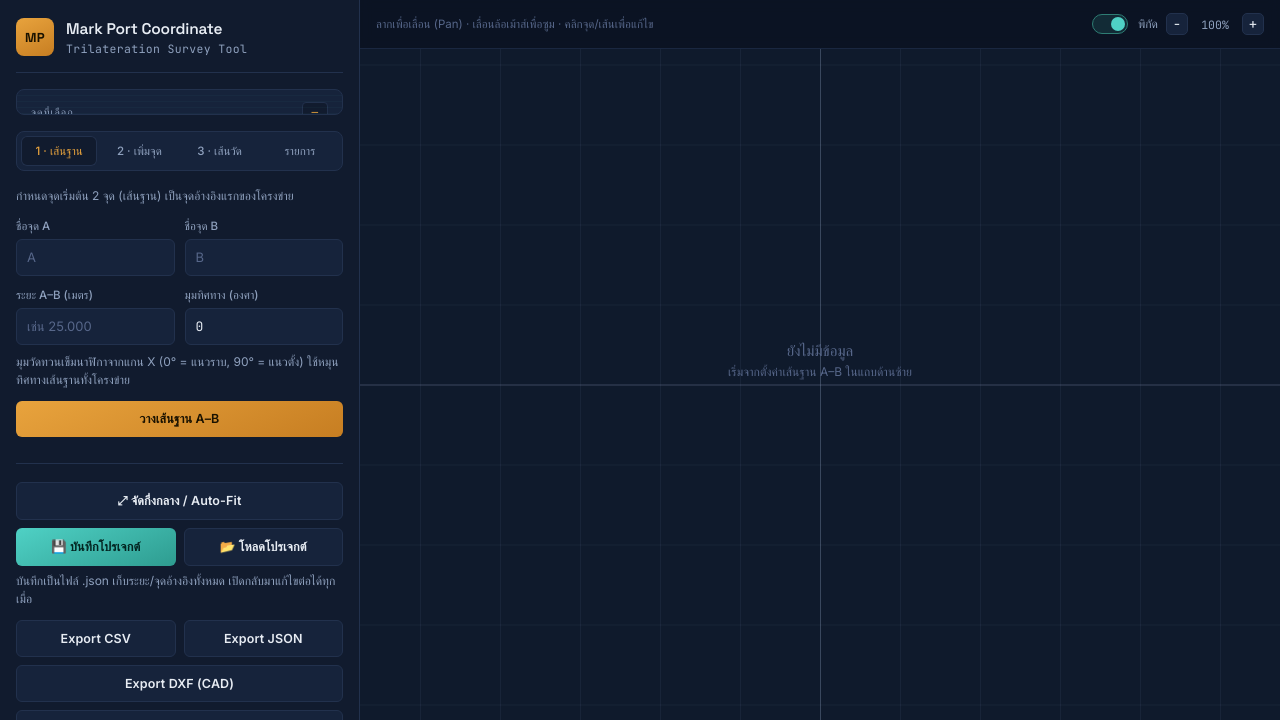
Repository: Artimis2nd/Area
Page: index.html
These files come from the project's save history. The page is drawn as it stood at one moment and after the next save; the edit follows.
The browser window is 1280 px wide. The pictures show the whole page.

Above is the page before, as saved 2026-08-18 16:27:27.

### index.html
<!DOCTYPE html>
<html lang="th">
<head>
<meta charset="UTF-8" />
<meta name="viewport" content="width=device-width, initial-scale=1.0" />
<title>Mark Port Coordinate — Trilateration Survey Tool</title>

<!-- Fonts: Space Grotesk (labels/headings), Inter (UI body), JetBrains Mono (coordinate/data readout) -->
<link rel="preconnect" href="https://fonts.googleapis.com">
<link rel="preconnect" href="https://fonts.gstatic.com" crossorigin>
<link href="https://fonts.googleapis.com/css2?family=Space+Grotesk:wght@500;600;700&family=Inter:wght@400;500;600&family=JetBrains+Mono:wght@400;500;600;700&display=swap" rel="stylesheet">

<link rel="stylesheet" href="css/style.css" />
</head>
<body>

<div class="app">

  <!-- ========================= SIDEBAR ========================= -->
  <aside class="sidebar">

    <header class="brand">
      <div class="brand__mark">MP</div>
      <div class="brand__text">
        <h1>Mark Port Coordinate</h1>
        <p>Trilateration Survey Tool</p>
      </div>
    </header>

    <!-- ---- Live coordinate readout (signature HUD element) ---- -->
    <section class="hud" id="hud">
      <div class="hud__row hud__row--head">
        <span>จุดที่เลือก</span>
        <span class="hud__badge" id="hudBadge">—</span>
      </div>
      <div class="hud__grid">
        <div class="hud__cell">
          <span class="hud__label">X</span>
          <span class="hud__value" id="hudX">0.000</span>
        </div>
        <div class="hud__cell">
          <span class="hud__label">Y</span>
          <span class="hud__value" id="hudY">0.000</span>
        </div>
      </div>
    </section>

    <!-- ---- Tabs ---- -->
    <nav class="tabs" id="tabs">
      <button class="tab is-active" data-tab="setup">1 · เส้นฐาน</button>
      <button class="tab" data-tab="add">2 · เพิ่มจุด</button>
      <button class="tab" data-tab="line">3 · เส้นวัด</button>
      <button class="tab" data-tab="table">รายการ</button>
    </nav>

    <!-- ---- Panel: Step 1 Base line ---- -->
    <section class="panel is-active" data-panel="setup">
      <p class="panel__hint">กำหนดจุดเริ่มต้น 2 จุด (เส้นฐาน) เป็นจุดอ้างอิงแรกของโครงข่าย</p>

      <form id="formBase" class="form">
        <div class="field-row">
          <label class="field">
            <span>ชื่อจุด A</span>
            <input type="text" id="baseNameA" placeholder="A" maxlength="12">
          </label>
          <label class="field">
            <span>ชื่อจุด B</span>
            <input type="text" id="baseNameB" placeholder="B" maxlength="12">
          </label>
        </div>
        <div class="field-row">
          <label class="field">
            <span>ระยะ A–B (เมตร)</span>
            <input type="number" id="baseLength" step="any" min="0.001" placeholder="เช่น 25.000" required>
          </label>
          <label class="field">
            <span>มุมทิศทาง (องศา)</span>
            <input type="number" id="baseAngle" step="any" value="0" placeholder="0 = แนวแกน X">
          </label>
        </div>
        <p class="panel__hint" style="margin:-4px 0 0;">มุมวัดทวนเข็มนาฬิกาจากแกน X (0° = แนวราบ, 90° = แนวตั้ง) ใช้หมุนทิศทางเส้นฐานทั้งโครงข่าย</p>
        <button type="submit" class="btn btn--primary">วางเส้นฐาน A–B</button>
        <p class="form__msg" id="baseMsg"></p>
      </form>
    </section>

    <!-- ---- Panel: Step 2 Add point by trilateration ---- -->
    <section class="panel" data-panel="add">
      <p class="panel__hint">เลือกจุดอ้างอิง 2 จุดที่มีอยู่แล้ว แล้วกรอกระยะจากแต่ละจุดไปยังจุดใหม่ — <strong>เคล็ดลับ:</strong> อยู่แท็บนี้แล้วคลิกเส้นบน Canvas หรือในตาราง จะตั้งจุดอ้างอิงให้อัตโนมัติ ไม่ต้องเลือกจากดรอปดาวน์เอง</p>

      <form id="formAdd" class="form">
        <div class="field-row">
          <label class="field">
            <span>จุดอ้างอิงที่ 1</span>
            <select id="refA" required></select>
          </label>
          <label class="field">
            <span>จุดอ้างอิงที่ 2</span>
            <select id="refB" required></select>
          </label>
        </div>

        <div class="field-row">
          <label class="field">
            <span>ระยะจากจุดอ้างอิง 1 (ม.)</span>
            <input type="number" id="distA" step="any" min="0.001" required>
          </label>
          <label class="field">
            <span>ระยะจากจุดอ้างอิง 2 (ม.)</span>
            <input type="number" id="distB" step="any" min="0.001" required>
          </label>
        </div>

        <label class="field">
          <span>ชื่อจุดใหม่ <em>(เว้นว่าง = รันอัตโนมัติ)</em></span>
          <input type="text" id="newName" placeholder="อัตโนมัติ" maxlength="12">
        </label>

        <label class="switch">
          <input type="checkbox" id="flipSide">
          <span class="switch__track"><span class="switch__thumb"></span></span>
          <span class="switch__label">Flip Side (สลับด้านของจุดตัดวงกลม)</span>
        </label>

        <button type="submit" class="btn btn--accent">+ เพิ่มจุดใหม่</button>
        <p class="form__msg" id="addMsg"></p>
      </form>
    </section>

    <!-- ---- Panel: Step 3 Closure / measure line ---- -->
    <section class="panel" data-panel="line">
      <p class="panel__hint">
        เลือก <strong>เส้นที่ต่อกัน 2 เส้น</strong> (มีจุดร่วม 1 จุด) หรือเลือกจุด 2 จุดตรง ๆ —
        จะได้เส้นพร้อมความยาวคำนวณจากพิกัดจริงโดยอัตโนมัติ <em>ไม่ต้องกรอกความยาว</em>
      </p>

      <div class="measure-mode">
        <button type="button" class="btn btn--ghost is-active" data-measure-mode="edge">จาก 2 เส้น</button>
        <button type="button" class="btn btn--ghost" data-measure-mode="point">จาก 2 จุด</button>
      </div>

      <form id="formClosure" class="form measure-form" data-form="edge">
        <div class="field-row">
          <label class="field">
            <span>เส้นที่ 1</span>
            <select id="clEdgeA" required></select>
          </label>
          <label class="field">
            <span>เส้นที่ 2</span>
            <select id="clEdgeB" required></select>
          </label>
        </div>
        <p class="panel__hint" style="margin:0;">💡 หรือ คลิกเส้น 2 เส้นบนหน้าจอ — จะเติมเข้า "เส้นที่ 1/2" ให้อัตโนมัติ</p>
        <button type="submit" class="btn btn--accent">+ สร้างเส้นที่ 3 (หาจุดร่วมเอง)</button>
        <p class="form__msg" id="closureMsg"></p>
      </form>

      <form id="formMeasurePt" class="form measure-form" data-form="point" style="display:none;">
        <div class="field-row">
          <label class="field">
            <span>จุดที่ 1</span>
            <select id="clPointA" required></select>
          </label>
          <label class="field">
            <span>จุดที่ 2</span>
            <select id="clPointB" required></select>
          </label>
        </div>
        <p class="panel__hint" style="margin:0;">💡 หรือ คลิกจุด 2 จุดบนหน้าจอ — จะเติมเข้า "จุดที่ 1/2" ให้อัตโนมัติ</p>
        <button type="submit" class="btn btn--accent">+ เพิ่มเส้นวัด (จาก 2 จุด)</button>
        <p class="form__msg" id="measurePtMsg"></p>
      </form>
    </section>

    <!-- ---- Panel: Table of points & edges ---- -->
    <section class="panel" data-panel="table">
      <div class="table-head">
        <h3>จุด (Points)</h3>
        <span class="count" id="pointCount">0</span>
      </div>
      <div class="table-wrap">
        <table class="data-table" id="pointsTable">
          <thead>
            <tr><th>ชื่อ</th><th>X</th><th>Y</th><th></th></tr>
          </thead>
          <tbody></tbody>
        </table>
      </div>

      <div class="table-head">
        <h3>เส้น (Edges)</h3>
        <span class="count" id="edgeCount">0</span>
      </div>
      <div class="table-wrap">
        <table class="data-table" id="edgesTable">
          <thead>
            <tr><th>เส้น</th><th>ระยะ (ม.)</th><th></th></tr>
          </thead>
          <tbody></tbody>
        </table>
      </div>
    </section>

    <!-- ---- Export & utility actions ---- -->
    <section class="actions">
      <button class="btn btn--ghost" id="btnFit">⤢ จัดกึ่งกลาง / Auto-Fit</button>

      <div class="actions__row">
        <button class="btn btn--accent" id="btnSaveProject">💾 บันทึกโปรเจกต์</button>
        <button class="btn btn--ghost" id="btnLoadProject">📂 โหลดโปรเจกต์</button>
      </div>
      <input type="file" id="fileLoadProject" accept=".json,application/json" style="display:none;">
      <p class="panel__hint" style="margin:-2px 0 4px;">บันทึกเป็นไฟล์ .json เก็บระยะ/จุดอ้างอิงทั้งหมด เปิดกลับมาแก้ไขต่อได้ทุกเมื่อ</p>

      <div class="actions__row">
        <button class="btn btn--ghost" id="btnExportCsv">Export CSV</button>
        <button class="btn btn--ghost" id="btnExportJson">Export JSON</button>
      </div>
      <button class="btn btn--ghost" id="btnExportDxf">Export DXF (CAD)</button>
      <button class="btn btn--ghost" id="btnExportPdf">Export PDF (CAD)</button>
      <button class="btn btn--danger-ghost" id="btnReset">ล้างข้อมูลทั้งหมด</button>
    </section>

  </aside>

  <!-- ========================= CANVAS STAGE ========================= -->
  <main class="stage">
    <div class="stage__toolbar">
      <span class="stage__tip">ลากเพื่อเลื่อน (Pan) · เลื่อนล้อเม้าส์เพื่อซูม · คลิกจุด/เส้นเพื่อแก้ไข</span>
      <div class="stage__zoom">
        <label class="switch switch--toolbar" title="แสดง/ซ่อนตัวเลขพิกัดบนหน้าจอ">
          <input type="checkbox" id="toggleCoords" checked>
          <span class="switch__track"><span class="switch__thumb"></span></span>
          <span class="switch__label">พิกัด</span>
        </label>
        <button id="zoomOut" aria-label="ซูมออก">−</button>
        <span id="zoomLevel">100%</span>
        <button id="zoomIn" aria-label="ซูมเข้า">+</button>
      </div>
    </div>
    <canvas id="canvas"></canvas>
    <div class="stage__empty" id="stageEmpty">
      <p>ยังไม่มีข้อมูล</p>
      <p class="stage__empty-sub">เริ่มจากตั้งค่าเส้นฐาน A–B ในแถบด้านซ้าย</p>
    </div>
  </main>

</div>

<!-- ========================= EDIT MODAL ========================= -->
<div class="modal-backdrop" id="modalBackdrop">
  <div class="modal" id="editModal">
    <div class="modal__head">
      <h3 id="modalTitle">แก้ไขจุด</h3>
      <button class="modal__close" id="modalClose" aria-label="ปิด">×</button>
    </div>
    <div class="modal__body" id="modalBody"><!-- populated by app.js --></div>
    <div class="modal__foot">
      <button class="btn btn--danger-ghost" id="modalDelete">ลบ</button>
      <div class="modal__foot-right">
        <button class="btn btn--ghost" id="modalCancel">ยกเลิก</button>
        <button class="btn btn--primary" id="modalSave">บันทึก</button>
      </div>
    </div>
  </div>
</div>

<div class="toast" id="toast"></div>

<script src="js/engine.js"></script>
<script src="js/renderer.js"></script>
<script src="js/dxf.js"></script>
<script src="js/pdf.js"></script>
<script src="js/app.js"></script>
</body>
</html>

Loaded but not shown: js/app.js (915 lines, source omitted); js/engine.js (706 lines, source omitted); js/renderer.js (436 lines, source omitted); js/pdf.js (194 lines, source omitted); js/dxf.js (149 lines, source omitted); css/style.css (588 lines, source omitted)

After the next save:
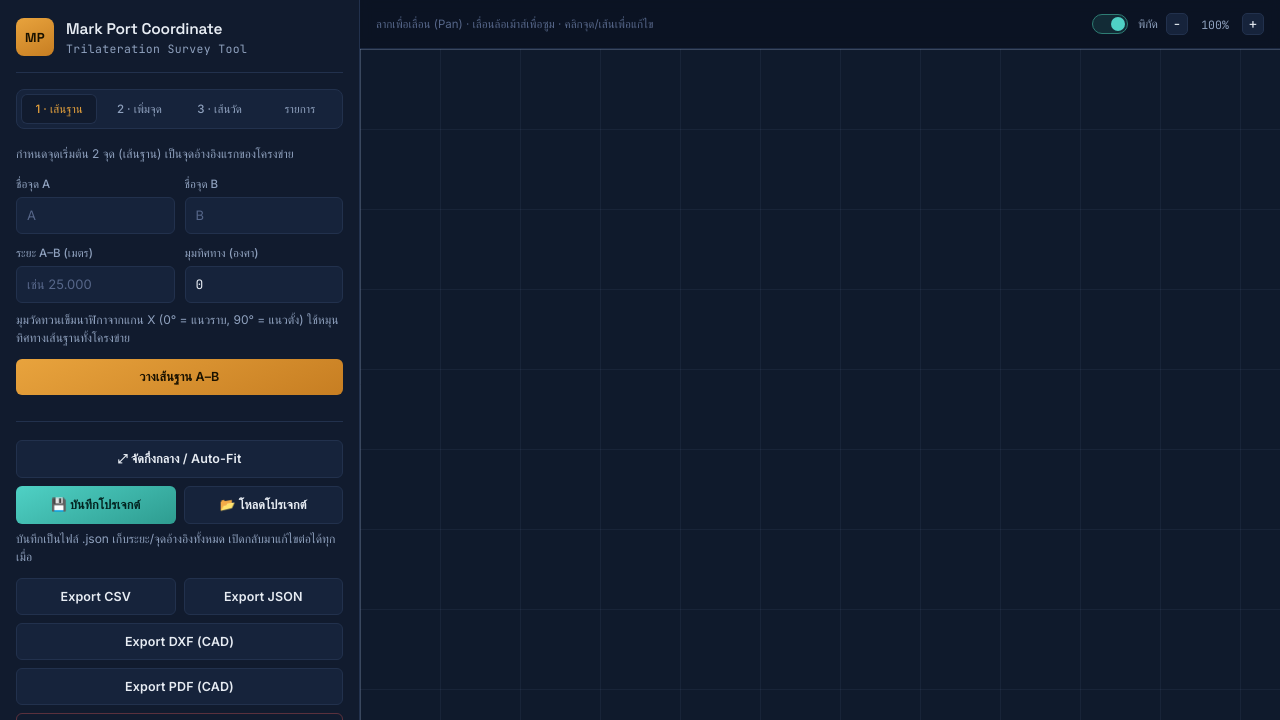
Console error: TypeError: Cannot set properties of null (setting 'textContent')
Saved 14 min 36 s later.
--- a/index.html
+++ b/index.html
@@ -26,24 +26,6 @@
         <p>Trilateration Survey Tool</p>
       </div>
     </header>
-
-    <!-- ---- Live coordinate readout (signature HUD element) ---- -->
-    <section class="hud" id="hud">
-      <div class="hud__row hud__row--head">
-        <span>จุดที่เลือก</span>
-        <span class="hud__badge" id="hudBadge">—</span>
-      </div>
-      <div class="hud__grid">
-        <div class="hud__cell">
-          <span class="hud__label">X</span>
-          <span class="hud__value" id="hudX">0.000</span>
-        </div>
-        <div class="hud__cell">
-          <span class="hud__label">Y</span>
-          <span class="hud__value" id="hudY">0.000</span>
-        </div>
-      </div>
-    </section>
 
     <!-- ---- Tabs ---- -->
     <nav class="tabs" id="tabs">
